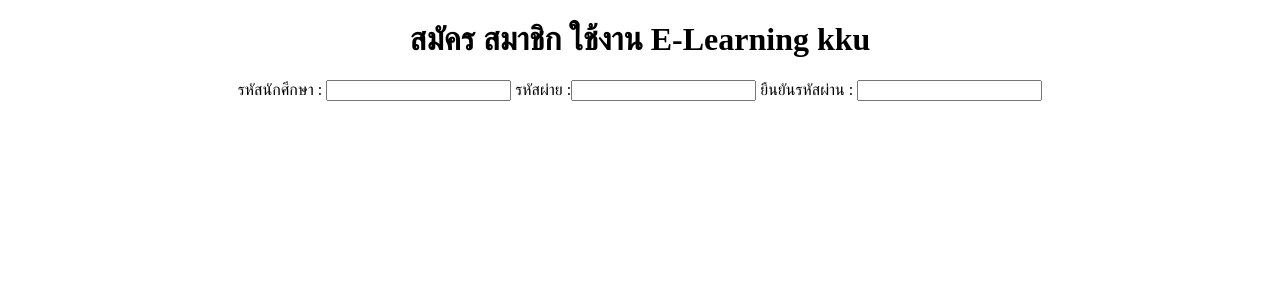
Repository: Wanaratkhamla/LabJavaWeb
Page: http://localhost/TestJoinTable/Register.jsp
These files come from the project's save history. The page is drawn as it stood at one moment and after the next save; the edit follows.
The browser window is 1280 px wide. The pictures show the whole page.
The page is served by Tomcat 9. Other server files are loaded and not shown.

Above is the page before, as saved 2017-02-28 18:25:08.

### TestJoinTable/WebContent/Register.jsp
<%@ page contentType="text/html; charset=utf-8" pageEncoding="utf-8"%>
<!DOCTYPE html PUBLIC "-//W3C//DTD HTML 4.01 Transitional//EN" "http://www.w3.org/TR/html4/loose.dtd">
<html>
<head>
<meta http-equiv="Content-Type" content="text/html; charset=ISO-8859-1">
<title>Insert title here</title>
</head>
<body>
	<h1 align="center">สมัคร สมาชิก ใช้งาน E-Learning kku</h1>
	<div align="center">
	<form action="Register" id="myform">
		รหัสนักศึกษา : <input type="text" name="SID">
		รหัสผ่าย :<input type="text" name="Password">
		ยืนยันรหัสผ่าน : <input type="text" name="Password1">

	</form>
	</div>
	<script>
		function myFunction() {
			document.getElementById("myForm").reset();
		}
	</script>
</body>
</html>

After the next save:
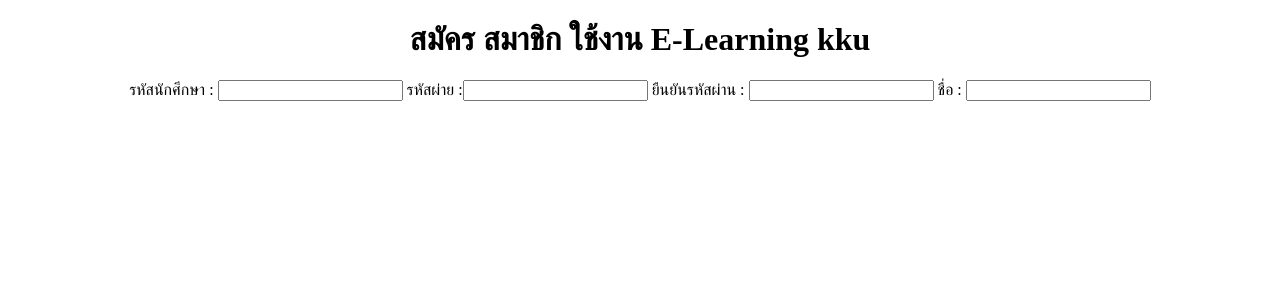
Saved 15 s later.
--- a/TestJoinTable/WebContent/Register.jsp
+++ b/TestJoinTable/WebContent/Register.jsp
@@ -12,7 +12,7 @@
 		รหัสนักศึกษา : <input type="text" name="SID">
 		รหัสผ่าย :<input type="text" name="Password">
 		ยืนยันรหัสผ่าน : <input type="text" name="Password1">
-
+		ชื่อ : <input type="text" name="Password1">
 	</form>
 	</div>
 	<script>
